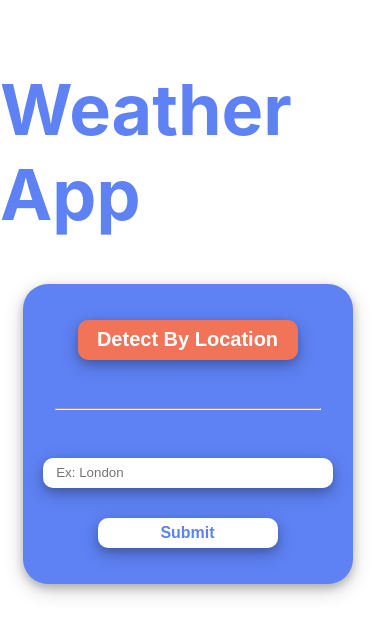
Repository: ahmedazawi/weather-app
Page: /
An editor plug-in stored every save of this project. The page is shown before and after the next save, followed by the edit.
The browser window is 375 px wide. The pictures show the whole page.
The project was rebuilt for these pictures with package versions that can differ from the ones it lists, and the page was loaded fresh each time. Also part of the build but not shown: src/layout/Header.js, src/layout/Footer.js, src/assets/css/details.css, src/assets/data/ContextApi.js, src/assets/css/SevenDaysCards.css, src/components/card.js, src/components/SevenDaysCards.js, src/components/Loader.js and 4 more.

Above is the page before, as saved 2022-11-30 23:57:24.

### src/App.js
import React, { useState } from "react";
import "./App.css";
import Header from "./layout/Header";
import Footer from "./layout/Footer";
import Details from "./components/Details";
import Store from "./assets/data/Store";
function App() {
  const [lat, setLat] = useState();
  const [long, setLong] = useState();
  const [located, setLocated] = useState(false);
  const [cityName, setCityName] = useState("");
  const [subCity, setSubCity] = useState();

  const inputHandler = (event) => {
    setCityName(event.target.value);
  };
  const clickHandler = () => {
    setSubCity(cityName);
  };
  const geolocationAPI = navigator.geolocation;
  const getUserCoordinates = () => {
    if (!geolocationAPI) {
      console.log("Geolocation API is not available in your browser!");
    } else {
      geolocationAPI.getCurrentPosition(
        (position) => {
          const { coords } = position;
          setLat(coords.latitude);
          setLong(coords.longitude);
          setLocated(true);
        },

        (error) => {
          console.log("Something went wrong getting your position!");
        }
      );
    }
  };

  if (!subCity && !located) {
    return (
      <div className="app-body">
        <h1>Weather App</h1>
        <div className="App">
          <button className="btn location-btn" onClick={getUserCoordinates}>
            Detect By Location
          </button>
          <hr />

          <div>
            <input
              type="text"
              className="form-control"
              name="cityName"
              onChange={inputHandler}
              value={cityName}
              placeholder=" Ex: London"
            />
            <button onClick={clickHandler} className="btn">
              Submit
            </button>
          </div>
        </div>
      </div>
    );
  }
  console.log(located);
  return (
    <div>
      <Header />
      <Store located={located} lat={lat} long={long} city={subCity}>
        <Details />
      </Store>
      <Footer />
    </div>
  );
}

export default App;

### src/App.css
body {
  --primaryColor: #5e82f4;
  --secondaryColor: #ffffff;
  --borderRadius: 25px;
}

.nav {
  display: flex;
  align-items: center;
  height: 55px;
  background-color: var(--primaryColor);
  cursor: pointer;
}
.app-body {
  height: 100%;
  width: 100%;
  margin-top: 20px;
  display: flex;
  flex-direction: column;
  align-items: center;
  justify-content: center;
}
.app-body > h1 {
  font-size: 100px;
  color: var(--primaryColor);
}
.App {
  display: flex;
  flex-direction: column;
  align-items: center;
  justify-content: center;
  height: 300px;
  width: 450px;
  background-color: var(--primaryColor);
  gap: 40px;
  border-radius: var(--borderRadius);

  -moz-box-shadow: 0 4px 8px 0 rgba(0, 0, 0, 0.2),
    0 6px 20px 0 rgba(0, 0, 0, 0.19);
  -o-box-shadow: 0 4px 8px 0 rgba(0, 0, 0, 0.2),
    0 6px 20px 0 rgba(0, 0, 0, 0.19);
  -webkit-box-shadow: 0 4px 8px 0 rgba(0, 0, 0, 0.2),
    0 6px 20px 0 rgba(0, 0, 0, 0.19);
  box-shadow: 0 4px 8px 0 rgba(0, 0, 0, 0.2), 0 6px 20px 0 rgba(0, 0, 0, 0.19);
  -moz-transition: all 0.4s ease-in-out;
  -o-transition: all 0.4s ease-in-out;
  -webkit-transition: all 0.4s ease-in-out;
  transition: all 0.4s ease-in-out;
}
.App:hover {
  -moz-box-shadow: 0 14px 18px 0 rgba(0, 0, 0, 0.2),
    0 16px 30px 0 rgba(0, 0, 0, 0.19);
  -o-box-shadow: 0 14px 18px 0 rgba(0, 0, 0, 0.2),
    0 16px 30px 0 rgba(0, 0, 0, 0.19);
  -webkit-box-shadow: 0 14px 18px 0 rgba(0, 0, 0, 0.2),
    0 16px 30px 0 rgba(0, 0, 0, 0.19);
  box-shadow: 0 14px 18px 0 rgba(0, 0, 0, 0.2),
    0 16px 30px 0 rgba(0, 0, 0, 0.19);
}
.App > div {
  display: flex;
  flex-direction: column;
  align-items: center;
  gap: 30px;
}
.App .location-btn {
  height: 40px !important;
  width: 220px !important;
  font-size: 20px !important;
  background-color: #f27458 !important;
  color: var(--secondaryColor) !important;
}
.App .btn {
  border: none;
  border-radius: 10px;
  color: var(--primaryColor);
  background-color: var(--secondaryColor);
  height: 30px;
  width: 180px;
  font-size: 16px;
  font-weight: 600;

  -moz-box-shadow: 0 4px 8px 0 rgba(0, 0, 0, 0.2),
    0 6px 20px 0 rgba(0, 0, 0, 0.19);
  -o-box-shadow: 0 4px 8px 0 rgba(0, 0, 0, 0.2),
    0 6px 20px 0 rgba(0, 0, 0, 0.19);
  -webkit-box-shadow: 0 4px 8px 0 rgba(0, 0, 0, 0.2),
    0 6px 20px 0 rgba(0, 0, 0, 0.19);
  box-shadow: 0 4px 8px 0 rgba(0, 0, 0, 0.2), 0 6px 20px 0 rgba(0, 0, 0, 0.19);
  -moz-transition: all 0.4s ease-in-out;
  -o-transition: all 0.4s ease-in-out;
  -webkit-transition: all 0.4s ease-in-out;
  transition: all 0.4s ease-in-out;
}
.App .btn:hover {
  -moz-box-shadow: 0 14px 18px 0 rgba(0, 0, 0, 0.2),
    0 16px 30px 0 rgba(0, 0, 0, 0.19);
  -o-box-shadow: 0 14px 18px 0 rgba(0, 0, 0, 0.2),
    0 16px 30px 0 rgba(0, 0, 0, 0.19);
  -webkit-box-shadow: 0 14px 18px 0 rgba(0, 0, 0, 0.2),
    0 16px 30px 0 rgba(0, 0, 0, 0.19);
  box-shadow: 0 14px 18px 0 rgba(0, 0, 0, 0.2),
    0 16px 30px 0 rgba(0, 0, 0, 0.19);
  cursor: pointer;
}
.App .form-control {
  background-color: var(--secondaryColor);
  border: none;
  border-radius: 10px;
  height: 30px;
  width: 300px;
  padding: 0 10px;
  outline: none;

  -moz-box-shadow: 0 4px 8px 0 rgba(0, 0, 0, 0.2),
    0 6px 20px 0 rgba(0, 0, 0, 0.19);
  -o-box-shadow: 0 4px 8px 0 rgba(0, 0, 0, 0.2),
    0 6px 20px 0 rgba(0, 0, 0, 0.19);
  -webkit-box-shadow: 0 4px 8px 0 rgba(0, 0, 0, 0.2),
    0 6px 20px 0 rgba(0, 0, 0, 0.19);
  box-shadow: 0 4px 8px 0 rgba(0, 0, 0, 0.2), 0 6px 20px 0 rgba(0, 0, 0, 0.19);
  -moz-transition: all 0.4s ease-in-out;
  -o-transition: all 0.4s ease-in-out;
  -webkit-transition: all 0.4s ease-in-out;
  transition: all 0.4s ease-in-out;
}
.App .form-control:hover {
  -moz-box-shadow: 0 14px 18px 0 rgba(0, 0, 0, 0.2),
    0 16px 30px 0 rgba(0, 0, 0, 0.19);
  -o-box-shadow: 0 14px 18px 0 rgba(0, 0, 0, 0.2),
    0 16px 30px 0 rgba(0, 0, 0, 0.19);
  -webkit-box-shadow: 0 14px 18px 0 rgba(0, 0, 0, 0.2),
    0 16px 30px 0 rgba(0, 0, 0, 0.19);
  box-shadow: 0 14px 18px 0 rgba(0, 0, 0, 0.2),
    0 16px 30px 0 rgba(0, 0, 0, 0.19);
  cursor: pointer;
}

.App hr {
  color: #e9ebf1;
  width: 80%;
  border-width: 0.7px;
}

@media (max-width: 610px) {
  .app-body > h1 {
    font-size: 70px !important;
  }
}
@media (max-width: 410px) {
  .App {
    width: 330px;
  }
  .App .form-control {
    width: 270px;
  }
  .app-body > h1 {
    font-size: 70px !important;
  }
}

.app-body > h1 {
  font-size: 100px;
  color: var(--primaryColor);
}

Loaded but not shown: public/index.html (common file); src/index.js (common file); src/index.css (common file)

After the next save:
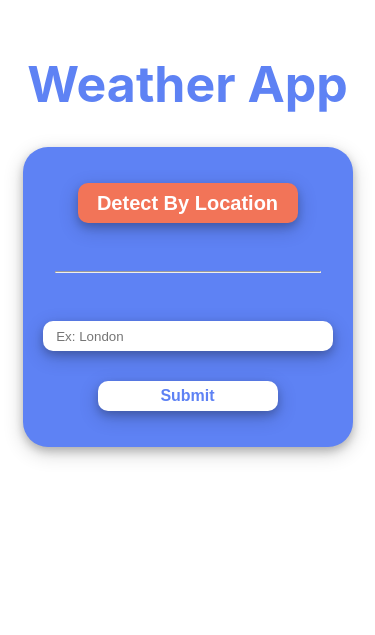
Saved 8 s later.
--- a/src/App.css
+++ b/src/App.css
@@ -155,7 +155,7 @@ body {
     width: 270px;
   }
   .app-body > h1 {
-    font-size: 70px !important;
+    font-size: 50px !important;
   }
 }
 
